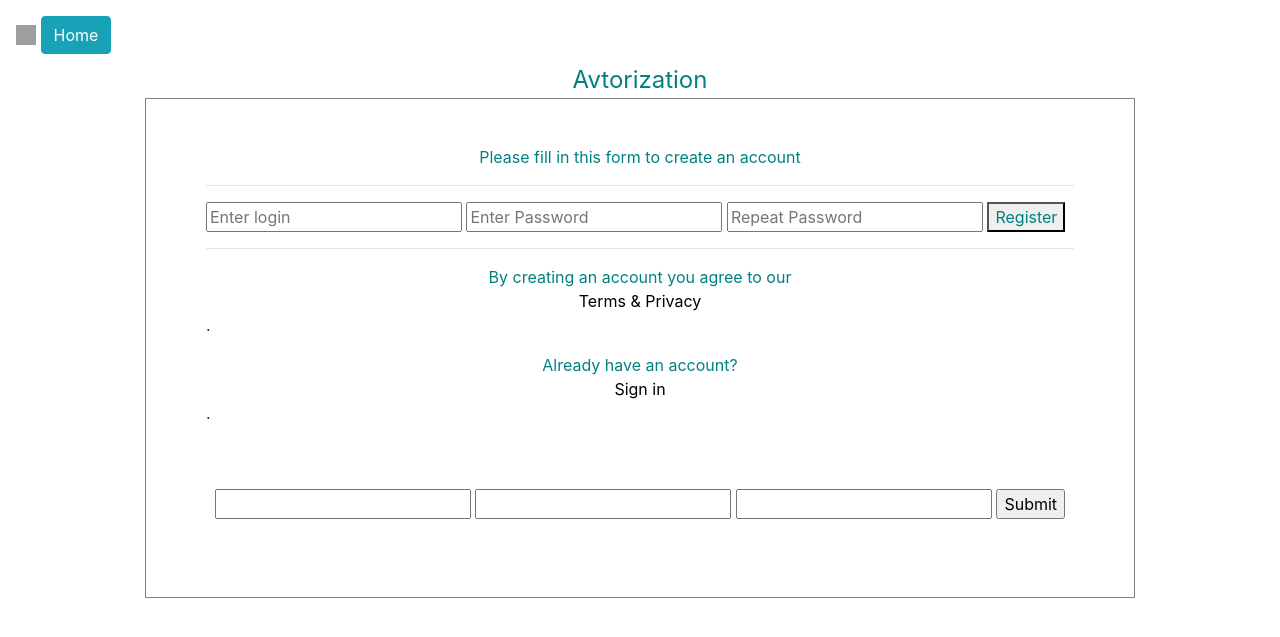
Repository: Serpaton/Work-place
Page: http://localhost/registration
These files come from the project's save history. The page is drawn as it stood at one moment and after the next save; the edit follows.
The browser window is 1280 px wide. The pictures show the whole page.
Pictures or frames that could not be fetched are drawn as grey boxes. The page is this project's Thymeleaf template; nobody is signed in. The template is opened directly, without the code that normally fills it, so the values that code supplies are empty.

Above is the page before, as saved 2020-02-24 22:36:21.
Console error: TypeError: Cannot read properties of undefined (reading 'fn')

After the next save:
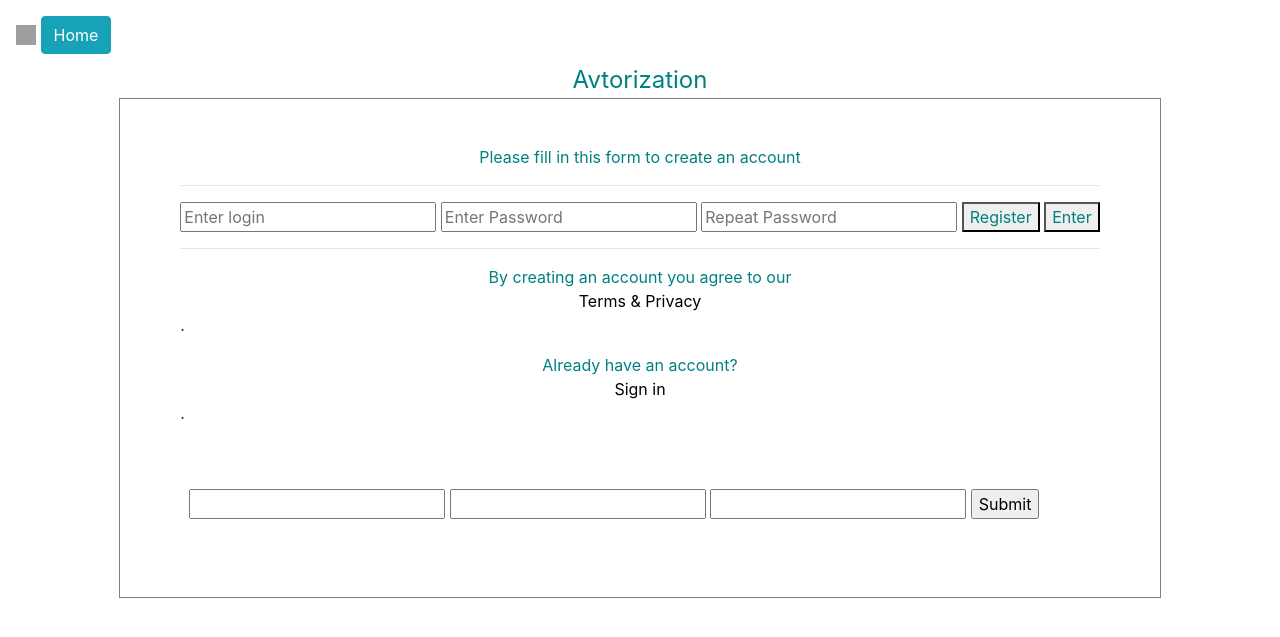
Saved 3 min 42 s later.
--- a/My projects/NewsBlogg/NewsBlogg/src/main/resources/templates/registration.html
+++ b/My projects/NewsBlogg/NewsBlogg/src/main/resources/templates/registration.html
@@ -38,6 +38,7 @@
 <input type="password" placeholder="Repeat Password" name="password" th:field="*{password}"/>
 
 <button type="submit" class="registerbtn"><font color="#008080">Register</font></button>
+<button type="submit" class="registerbtn"><font color="#008080">Enter</font></button>
 <hr>
   </form>
 <p><font color="#008080"><center>By creating an account you agree to our </center><a href="#"></font><font color="#000000"><center>Terms & Privacy</center></font></a>.</p>

After the save that followed:
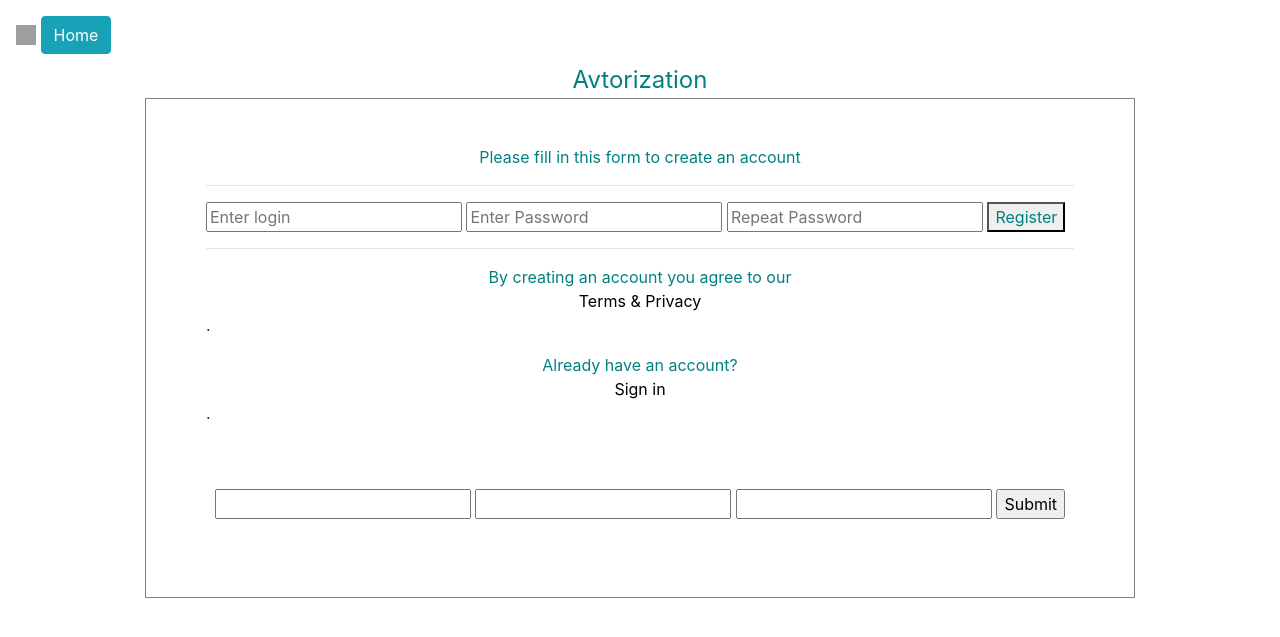
Saved 98 s later.
--- a/My projects/NewsBlogg/NewsBlogg/src/main/resources/templates/registration.html
+++ b/My projects/NewsBlogg/NewsBlogg/src/main/resources/templates/registration.html
@@ -38,9 +38,9 @@
 <input type="password" placeholder="Repeat Password" name="password" th:field="*{password}"/>
 
 <button type="submit" class="registerbtn"><font color="#008080">Register</font></button>
-<button type="submit" class="registerbtn"><font color="#008080">Enter</font></button>
+</form>
 <hr>
-  </form>
+
 <p><font color="#008080"><center>By creating an account you agree to our </center><a href="#"></font><font color="#000000"><center>Terms & Privacy</center></font></a>.</p>
 </div>
 
